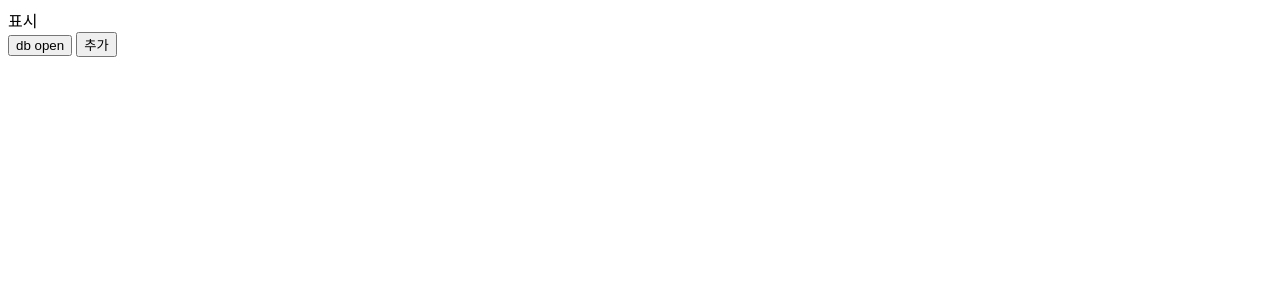
Repository: IreneCho/sk
Page: htmlAPITest/WebContent/day16/indexDBTest.html
The author's editor kept a copy of each file at every save. The page is drawn from the files as they stood at one save, then again after the next save.
The browser window is 1280 px wide. The pictures show the whole page.
After loading, the first visible `button` was clicked once.

Above is the page before, as saved 2016-08-19 06:35:23.

### htmlAPITest/WebContent/day16/indexDBTest.html
<!DOCTYPE html>
<html>
<head>
<meta charset="UTF-8">
<title>indexDBTest</title>
<script>
	function openFn() {
		request = indexedDB.open("myDB") //db생성
		request.onupgradeneeded = function() {
			db = request.result;
			keyField = {keyPath:"sabun"}
			store = db.createObjectStore("myBiz", keyField)
			store.createIndex("by_name", "name")
			store.createIndex("by_age", "age")
			console.log("table create...")
		}
	}

	function insertFn() {

	}
</script>
</head>
<body>
	<div id="mydiv">표시</div>
	<button onclick="openFn()">db open</button>
	<button onclick="insertFn()">추가</button>
</body>
</html>

After the next save:
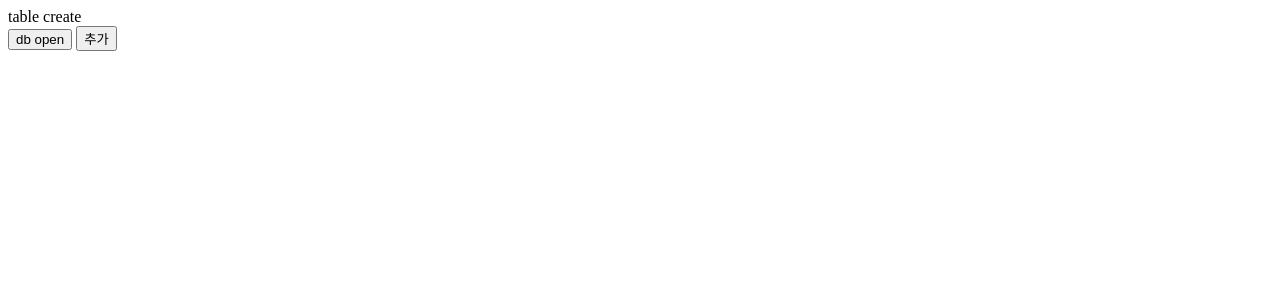
Saved 15 s later.
--- a/htmlAPITest/WebContent/day16/indexDBTest.html
+++ b/htmlAPITest/WebContent/day16/indexDBTest.html
@@ -13,6 +13,7 @@
 			store.createIndex("by_name", "name")
 			store.createIndex("by_age", "age")
 			console.log("table create...")
+			mydiv.innerText = "table create"
 		}
 	}
 
